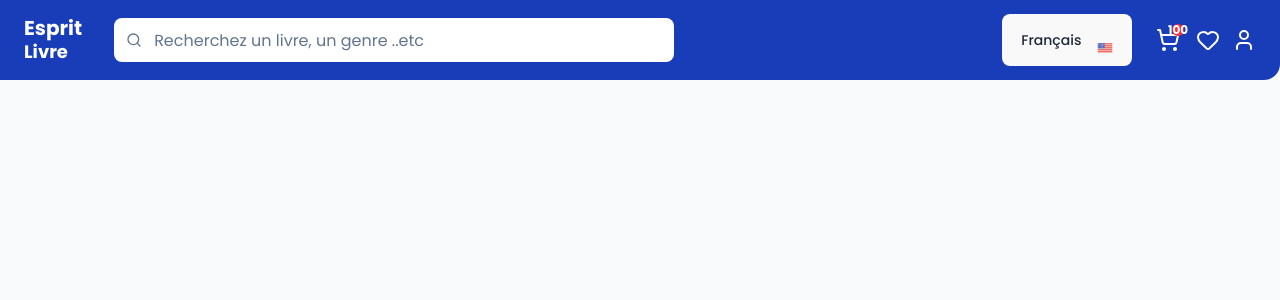
Repository: oussamabenberkane/esprit-livre-front
Page: /
The author's editor kept a copy of each file at every save. The page is drawn from the files as they stood at one save, then again after the next save.
The browser window is 1280 px wide. The pictures show the whole page.
The project was rebuilt for these pictures with package versions that can differ from the ones it lists, and the page was loaded fresh each time. Also part of the build but not shown: vite.config.js.

Above is the page before, as saved 2025-09-25 20:43:00.

### index.html
<!doctype html>
<html lang="en">
  <head>
    <meta charset="UTF-8" />
    <link rel="icon" type="image/svg+xml" href="/vite.svg" />
    <meta name="viewport" content="width=device-width, initial-scale=1.0" />
    <title>espritlivrefront</title>
  </head>
  <body>
    <div id="root"></div>
    <script type="module" src="/src/main.jsx"></script>
  </body>
</html>

### src/index.css
@import url('https://fonts.googleapis.com/css2?family=Poppins:wght@300;400;500;600;700&display=swap');
@import "tailwindcss";

:root {
  font-family: 'Poppins', system-ui, Avenir, Helvetica, Arial, sans-serif;
  line-height: 1.5;
  font-weight: 400;

  color-scheme: light dark;
  color: rgba(255, 255, 255, 0.87);
  background-color: #242424;

  font-synthesis: none;
  text-rendering: optimizeLegibility;
  -webkit-font-smoothing: antialiased;
  -moz-osx-font-smoothing: grayscale;
}

a {
  font-weight: 500;
  color: #646cff;
  text-decoration: inherit;
}

a:hover {
  color: #535bf2;
}

body {
  margin: 0;
  display: flex;
  place-items: center;
  min-width: 320px;
  min-height: 100vh;
}

h1 {
  font-size: 3.2em;
  line-height: 1.1;
}

button {
  border-radius: 8px;
  padding: 0.6em 1.2em;
  font-size: 1em;
  font-weight: 500;
  font-family: inherit;
  background-color: #1a1a1a;
  cursor: pointer;
  transition: border-color 0.25s;
}

button:hover {
  border-color: #646cff;
}

@media (prefers-color-scheme: light) {
  :root {
    color: #213547;
    background-color: #ffffff;
  }

  a:hover {
    color: #747bff;
  }

  button {
    background-color: #f9f9f9;
  }
}

### src/App.jsx
import Navbar from './components/common/Navbar';

function App() {
  return (
    <div className="min-h-screen min-w-screen bg-gray-50">
      <Navbar />
      {/* Reste de votre contenu */}
    </div>
  );
}

export default App;

### src/components/common/Navbar.jsx
import { Search, ChevronDown, ShoppingCart, Heart, User } from 'lucide-react';
import LanguageToggle from '../animations/LanguageToggle';


// Logo Component
const Logo = () => (
    <div className="flex flex-col text-white">
        <div className="text-xl font-bold leading-tight">Esprit</div>
        <div className="text-lg font-bold leading-tight">Livre</div>
    </div>
);

// Search Bar Component
const SearchBar = ({ placeholder = "Recherchez un livre, un genre ..etc", onSearch }) => (
    <div className="relative bg-white rounded-lg h-11 w-140 flex items-center">
        <div className="absolute left-3 w-4 h-4 text-slate-500">
            <Search className="w-full h-full" />
        </div>
        <input
            type="text"
            placeholder={placeholder}
            onChange={onSearch}
            className="w-full h-full pl-10 pr-4 text-md text-black bg-transparent border-none outline-none placeholder:text-slate-500"
        />
    </div>
);

// User Actions Component
const UserActions = ({ cartCount = 0, onCartClick, onFavoritesClick, onUserClick }) => (
    <div className="flex items-center gap-2">
        {/* Cart with notification */}
        <div className="relative cursor-pointer hover:opacity-80 transition-opacity" onClick={onCartClick}>
            <div className="w-6 h-6 text-white">
                <ShoppingCart className="w-full h-full" />
            </div>
            {cartCount > 0 && (
                <div className="absolute -top-1 -right-1 w-3 h-3 bg-red-500 rounded-full flex items-center justify-center">
                    <span className="text-xs text-white font-black leading-none">{cartCount}</span>
                </div>
            )}
        </div>

        {/* Favorites */}
        <div
            className="w-6 h-6 ml-2 text-white cursor-pointer hover:opacity-80 transition-opacity"
            onClick={onFavoritesClick}
        >
            <Heart className="w-full h-full" />
        </div>

        {/* User Account */}
        <div
            className="w-6 h-6 ml-1 text-white cursor-pointer hover:opacity-80 transition-opacity"
            onClick={onUserClick}
        >
            <User className="w-full h-full" />
        </div>
    </div>
);

// Main Navbar Component
const Navbar = ({
    searchPlaceholder,
    cartCount,
    onSearch,
    onCartClick,
    onFavoritesClick,
    onUserClick
}) => (
    <div className="w-full bg-blue-800 rounded-br-2xl px-6 py-3 h-20">
        <div className="flex items-center w-full h-full">
            {/* Logo */}
            <div className="flex-shrink-0">
                <Logo />
            </div>

            {/* Search Bar */}
            <div className="flex-shrink-0 ml-8">
                <SearchBar placeholder={searchPlaceholder} onSearch={onSearch} />
            </div>

            {/* Spacer */}
            <div className="flex-1"></div>

            {/* Language Selector */}
            <div className="flex-shrink-0 mr-6">
                <LanguageToggle />
            </div>

            {/* User Actions */}
            <div className="flex-shrink-0">
                <UserActions
                    cartCount={cartCount}
                    onCartClick={onCartClick}
                    onFavoritesClick={onFavoritesClick}
                    onUserClick={onUserClick}
                />
            </div>
        </div>
    </div>
);

// Demo usage
export default function App() {
    const handleSearch = (e) => {
        console.log('Search:', e.target.value);
    };

    const handleLanguageChange = () => {
        console.log('Language selector clicked');
    };

    const handleCartClick = () => {
        console.log('Cart clicked');
    };

    const handleFavoritesClick = () => {
        console.log('Favorites clicked');
    };

    const handleUserClick = () => {
        console.log('User account clicked');
    };

    return (
        <Navbar
            cartCount={100}
            onSearch={handleSearch}
            onLanguageChange={handleLanguageChange}
            onCartClick={handleCartClick}
            onFavoritesClick={handleFavoritesClick}
            onUserClick={handleUserClick}
        />
    );
}

### src/components/animations/LanguageToggle.jsx
import React, { useState } from 'react';
import { motion, AnimatePresence } from 'framer-motion';
import { ChevronDown } from 'lucide-react';

const LanguageToggle = ({ onLanguageChange }) => {
    const [currentLang, setCurrentLang] = useState('fr');

    const handleToggle = () => {
        const newLang = currentLang === 'fr' ? 'en' : 'fr';
        setCurrentLang(newLang);
        if (onLanguageChange) {
            onLanguageChange(newLang);
        }
    };

    const getCurrentLanguageLabel = () => {
        return currentLang === 'fr' ? 'Français' : 'English';
    };

    return (
        <motion.button
            whileHover={{ scale: 1.05 }}
            whileTap={{ scale: 0.95 }}
            onClick={handleToggle}
            className="relative bg-white rounded-md px-4 py-2.5 min-w-[130px] flex items-center justify-between cursor-pointer border-none outline-none focus:outline-none hover:bg-gray-50 transition-colors  overflow-hidden"
        >
            <AnimatePresence mode="wait">
                <motion.span
                    key={currentLang}
                    initial={{ opacity: 0, y: +10 }}
                    animate={{ opacity: 1, y: 0 }}
                    exit={{ opacity: 0, y: +10 }}
                    transition={{
                        duration: 0.3,
                        ease: "easeInOut"
                    }}
                    className="text-sm font-medium text-gray-800"
                >
                    {getCurrentLanguageLabel()}
                </motion.span>
            </AnimatePresence>

            <motion.div
                animate={{ rotate: currentLang === 'en' ? 180 : 0 }}
                transition={{ duration: 0.4 }}
                className="ml-2"
            >
                <motion.img
                    initial={{ opacity: 1 }}
                    animate={{ opacity: 0 }}
                    className="w-4 h-4" src='assets/icons/french-flag.png' />
                <motion.img
                    initial={{ opacity: 0 }}
                    animate={{ opacity: 1 }}
                    className="w-4 h-4" src='assets/icons/english-flag.png' />
            </motion.div>
        </motion.button>
    );
};

export default LanguageToggle;

Loaded but not shown: src/main.jsx (common file)

After the next save:
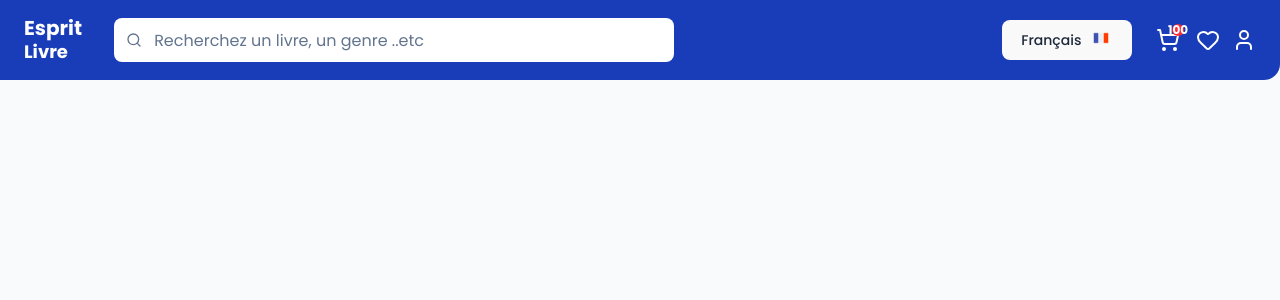
Saved 2 min 14 s later.
--- a/src/components/animations/LanguageToggle.jsx
+++ b/src/components/animations/LanguageToggle.jsx
@@ -41,18 +41,33 @@ const LanguageToggle = ({ onLanguageChange }) => {
             </AnimatePresence>
 
             <motion.div
-                animate={{ rotate: currentLang === 'en' ? 180 : 0 }}
+                animate={{ rotate: currentLang === "en" ? 180 : 0 }}
                 transition={{ duration: 0.4 }}
-                className="ml-2"
+                className="ml-2 relative w-5 h-5"
             >
-                <motion.img
-                    initial={{ opacity: 1 }}
-                    animate={{ opacity: 0 }}
-                    className="w-4 h-4" src='assets/icons/french-flag.png' />
-                <motion.img
-                    initial={{ opacity: 0 }}
-                    animate={{ opacity: 1 }}
-                    className="w-4 h-4" src='assets/icons/english-flag.png' />
+                <AnimatePresence mode="wait">
+                    {currentLang === "fr" ? (
+                        <motion.img
+                            key="fr"
+                            src="assets/icons/french-flag.png"
+                            initial={{ opacity: 0 }}
+                            animate={{ opacity: 1 }}
+                            exit={{ opacity: 0 }}
+                            transition={{ duration: 0.3, ease: "easeInOut" }}
+                            className="absolute w-4 h-4"
+                        />
+                    ) : (
+                        <motion.img
+                            key="en"
+                            src="assets/icons/english-flag.png"
+                            initial={{ opacity: 0 }}
+                            animate={{ opacity: 1 }}
+                            exit={{ opacity: 0 }}
+                            transition={{ duration: 0.3, ease: "easeInOut" }}
+                            className="absolute w-4 h-4"
+                        />
+                    )}
+                </AnimatePresence>
             </motion.div>
         </motion.button>
     );
